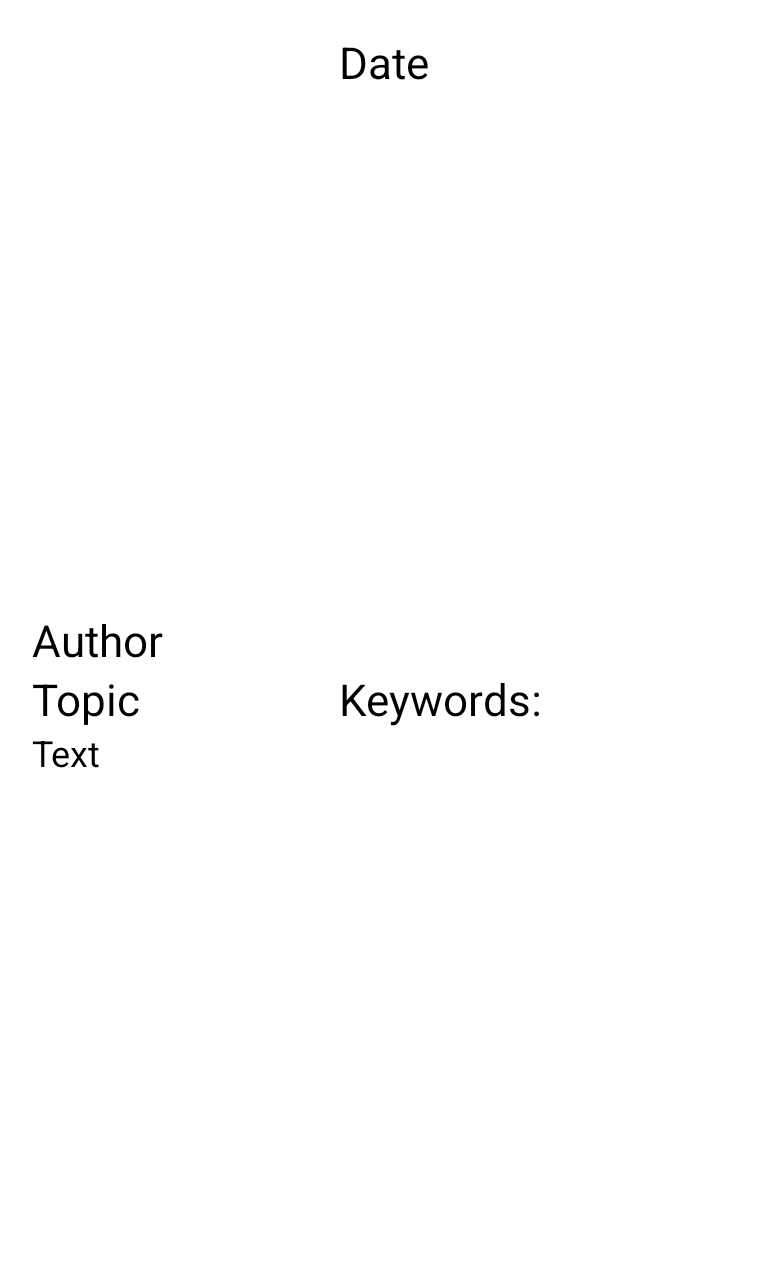
Repository: marvhew/JSON
Layout: JSON/res/layout/activity_post.xml
An editor plug-in stored every save of this project. The layout is shown before and after the next save, followed by the edit.
It is drawn on a 768 x 1280 px phone screen (xhdpi) without system bars, with theme AppTheme; the app's code is not run. Lists and similar views that code fills are empty.

Above is the layout before, as saved 2015-02-02 08:47:19.

### JSON/res/layout/activity_post.xml
<RelativeLayout xmlns:android="http://schemas.android.com/apk/res/android"
    xmlns:tools="http://schemas.android.com/tools"
    android:layout_width="match_parent"
    android:layout_height="match_parent"
    android:paddingBottom="@dimen/activity_vertical_margin"
    android:paddingLeft="@dimen/activity_horizontal_margin"
    android:paddingRight="@dimen/activity_horizontal_margin"
    android:paddingTop="@dimen/activity_vertical_margin"
    tools:context=".PostActivity" >

    <TextView
        android:id="@+id/Txt_Topic"
        android:layout_width="wrap_content"
        android:layout_height="wrap_content"
        android:layout_alignParentLeft="true"
        android:layout_below="@+id/Txt_Author"
        android:layout_toLeftOf="@+id/Txt_Date"
        android:text="Topic"
        android:textAppearance="?android:attr/textAppearanceLarge" />

    <TextView
        android:id="@+id/Txt_Date"
        android:layout_width="wrap_content"
        android:layout_height="wrap_content"
        android:layout_alignParentTop="true"
        android:layout_centerHorizontal="true"
        android:text="Date"
        android:textAppearance="?android:attr/textAppearanceLarge" />

    <TextView
        android:id="@+id/Txt_Author"
        android:layout_width="wrap_content"
        android:layout_height="wrap_content"
        android:layout_alignLeft="@+id/Txt_Topic"
        android:layout_centerVertical="true"
        android:text="Author"
        android:textAppearance="?android:attr/textAppearanceLarge" />

    <ImageView
        android:id="@+id/imageView1"
        android:layout_width="100dp"
        android:layout_height="100dp"
        android:layout_above="@+id/Txt_Author"
        android:layout_alignLeft="@+id/Txt_Author"
        android:layout_alignParentRight="true"
        android:layout_below="@+id/Txt_Date" />

    <TextView
        android:id="@+id/Txt_Text"
        android:layout_width="wrap_content"
        android:layout_height="wrap_content"
        android:layout_alignLeft="@+id/Txt_Topic"
        android:layout_alignParentBottom="true"
        android:layout_alignRight="@+id/Txt_Date"
        android:layout_below="@+id/Txt_Topic"
        android:text="Text"
        android:textAppearance="?android:attr/textAppearanceMedium" />

    <ListView
        android:id="@+id/List_Keywords"
        android:layout_width="match_parent"
        android:layout_height="wrap_content"
        android:layout_alignTop="@+id/Txt_Text"
        android:layout_toRightOf="@+id/Txt_Text" >
    </ListView>

    <TextView
        android:id="@+id/Txt_Keywords"
        android:layout_width="wrap_content"
        android:layout_height="wrap_content"
        android:layout_above="@+id/List_Keywords"
        android:layout_alignRight="@+id/List_Keywords"
        android:layout_toRightOf="@+id/Txt_Topic"
        android:text="Keywords:"
        android:textAppearance="?android:attr/textAppearanceLarge" />

</RelativeLayout>

Loaded but not shown: JSON/res/values/styles.xml (common file); JSON/res/values-v11/styles.xml (common file); JSON/res/values-v14/styles.xml (common file); JSON/res/values/dimens.xml (common file)

After the next save:
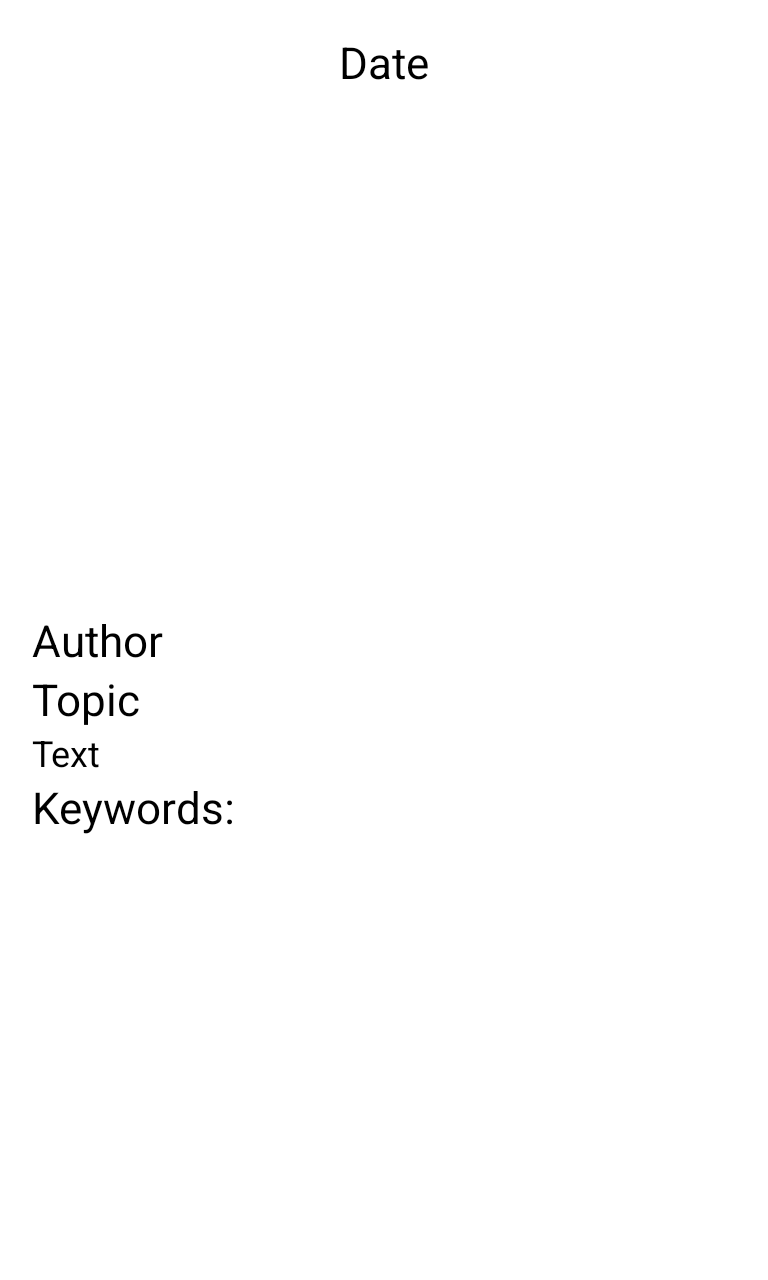
Saved 2 min 18 s later.
--- a/JSON/res/layout/activity_post.xml
+++ b/JSON/res/layout/activity_post.xml
@@ -14,7 +14,6 @@
         android:layout_height="wrap_content"
         android:layout_alignParentLeft="true"
         android:layout_below="@+id/Txt_Author"
-        android:layout_toLeftOf="@+id/Txt_Date"
         android:text="Topic"
         android:textAppearance="?android:attr/textAppearanceLarge" />
 
@@ -50,28 +49,27 @@
         android:layout_width="wrap_content"
         android:layout_height="wrap_content"
         android:layout_alignLeft="@+id/Txt_Topic"
-        android:layout_alignParentBottom="true"
-        android:layout_alignRight="@+id/Txt_Date"
         android:layout_below="@+id/Txt_Topic"
         android:text="Text"
         android:textAppearance="?android:attr/textAppearanceMedium" />
+
+    <TextView
+        android:id="@+id/Txt_Keywords"
+        android:layout_width="wrap_content"
+        android:layout_height="wrap_content"
+        android:layout_alignParentLeft="true"
+        android:layout_below="@+id/Txt_Text"
+        android:text="Keywords:"
+        android:textAppearance="?android:attr/textAppearanceLarge" />
 
     <ListView
         android:id="@+id/List_Keywords"
         android:layout_width="match_parent"
         android:layout_height="wrap_content"
-        android:layout_alignTop="@+id/Txt_Text"
-        android:layout_toRightOf="@+id/Txt_Text" >
+        android:layout_alignParentBottom="true"
+        android:layout_alignParentLeft="true"
+        android:layout_below="@+id/Txt_Keywords" >
+
     </ListView>
 
-    <TextView
-        android:id="@+id/Txt_Keywords"
-        android:layout_width="wrap_content"
-        android:layout_height="wrap_content"
-        android:layout_above="@+id/List_Keywords"
-        android:layout_alignRight="@+id/List_Keywords"
-        android:layout_toRightOf="@+id/Txt_Topic"
-        android:text="Keywords:"
-        android:textAppearance="?android:attr/textAppearanceLarge" />
-
 </RelativeLayout>
